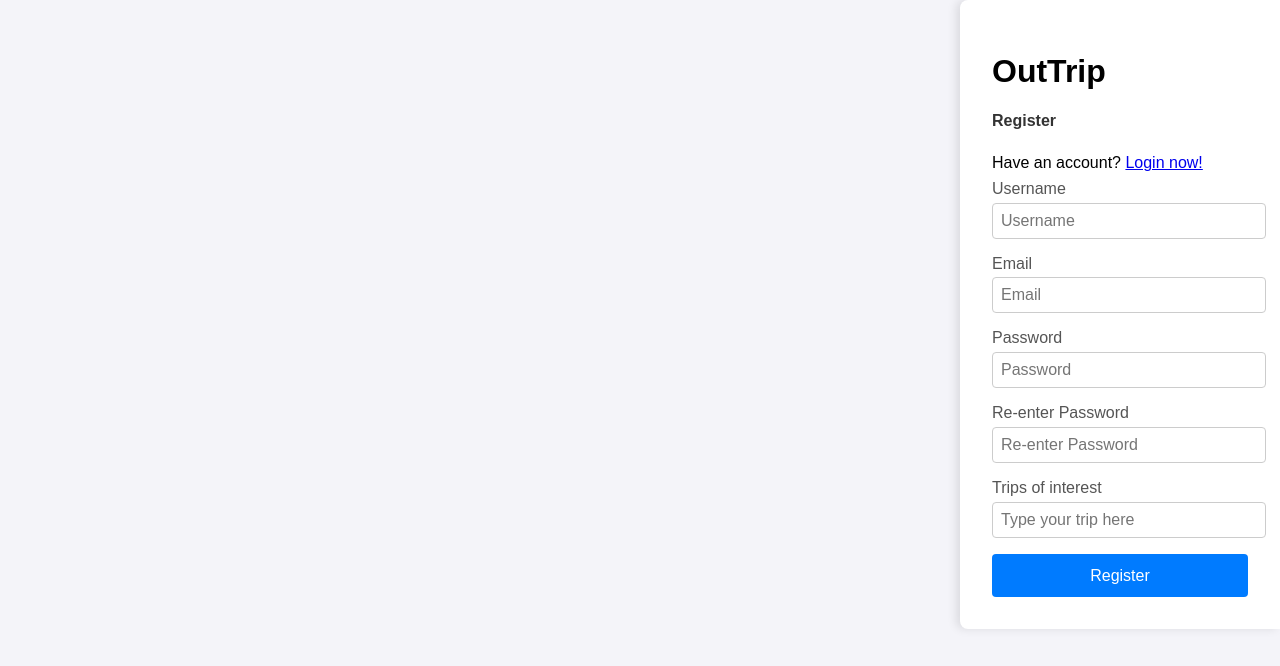
Repository: Nuttawut-Amattong/outtrip
Page: /register (app in OutTrip/)
These files come from the project's save history. The page is drawn as it stood at one moment and after a run of saves; the edit follows.
The browser window is 1280 px wide. The pictures show the whole page.
The project was rebuilt for these pictures with package versions that can differ from the ones it lists, and the page was loaded fresh each time. Also part of the build but not shown: OutTrip/vite.config.js, OutTrip/src/pages/Login.jsx, OutTrip/src/pages/Forgetpass.jsx.

Above is the page before, as saved 2025-05-19 01:02:22.

After the next 2 saves:
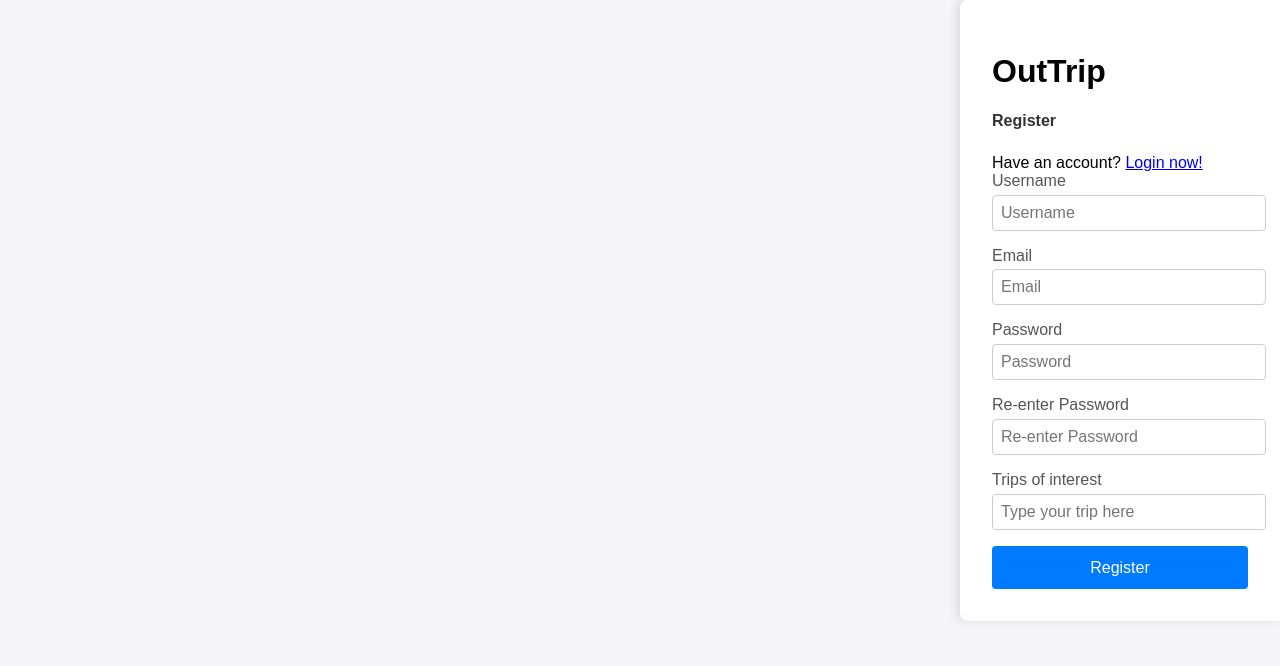
The 2 saves are shown as one change because they came seconds apart.
The last was saved 12 s later.
--- a/OutTrip/src/pages/Register.jsx
+++ b/OutTrip/src/pages/Register.jsx
@@ -39,7 +39,6 @@ const Register = () => {
             <div className="forgot-password-link">
                        Have an account? <a href="/">Login now!</a>
                     </div>
-            <p></p>
             <form onSubmit={handleSubmit}>
                 <div>
                     <label htmlFor="username">Username</label>
